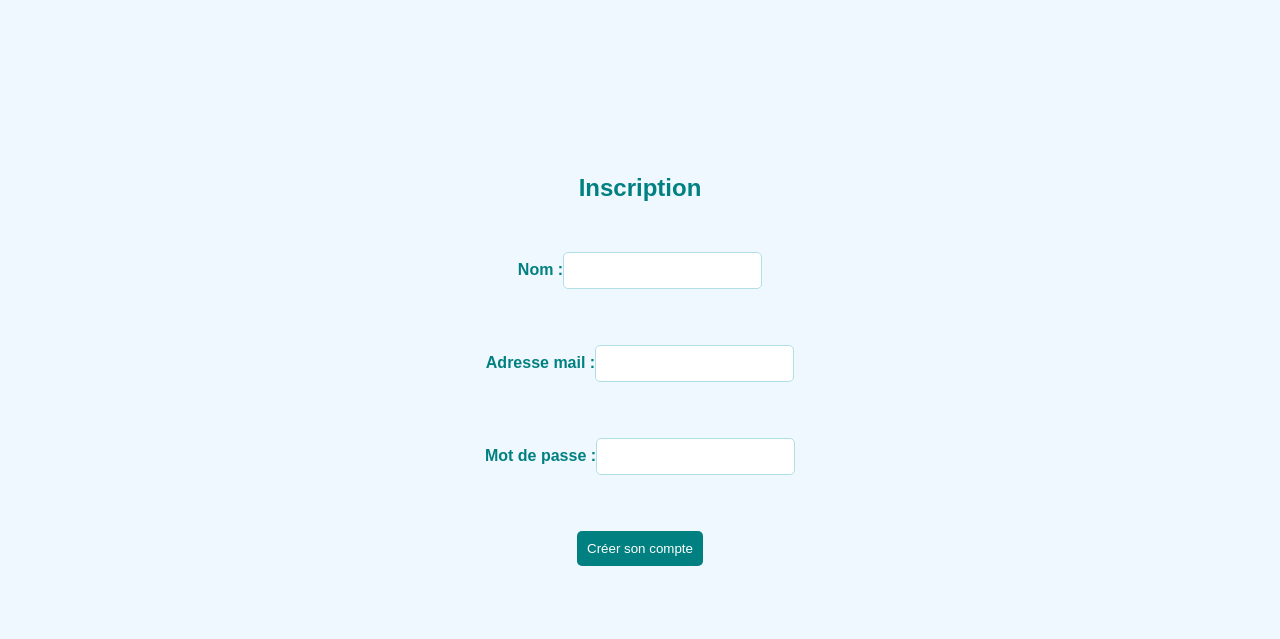
Repository: marwaouahouah1/OdysseyOfMemories
Page: /SignUpUser (app in frontend/)
These files come from the project's save history. The page is drawn as it stood at one moment and after a run of saves; the edit follows.
The browser window is 1280 px wide. The pictures show the whole page.
The project was rebuilt for these pictures with package versions that can differ from the ones it lists, and the page was loaded fresh each time. Also part of the build but not shown: frontend/src/Connexion/Login.js, frontend/src/App.js, frontend/src/Profile/Profile.js.

Above is the page before, as saved 2023-04-01 14:36:06.

After the next 3 saves:
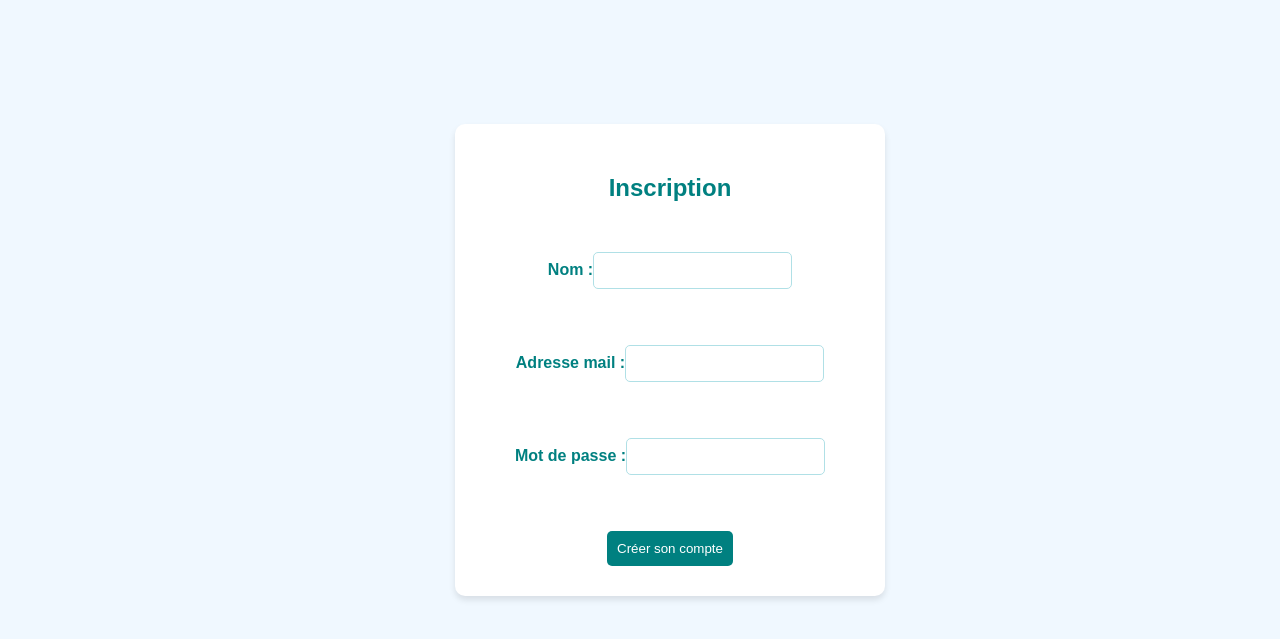
The 3 saves are shown as one change because they came seconds apart.
The last was saved 23 s later.
--- a/frontend/src/SignUp/SignUpUser.js
+++ b/frontend/src/SignUp/SignUpUser.js
@@ -1,5 +1,5 @@
 import React, { useState } from 'react';
-import "./login.css"
+import "./signupuser.css"
 
 function SignUpUser() {
 
